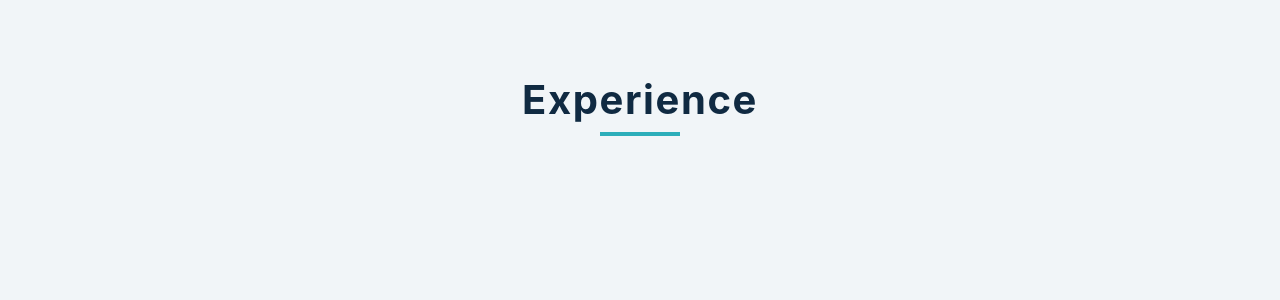
Repository: gligor99/tabs-ts-react
Page: /
These files come from the project's save history. The page is drawn as it stood at one moment and after the next save; the edit follows.
The browser window is 1280 px wide. The pictures show the whole page.
The page's requests for data from a server got no answer. The project was rebuilt for these pictures with package versions that can differ from the ones it lists, and the page was loaded fresh each time. No one was signed in, and anything a server would have sent is missing.

Above is the page before, as saved 2021-11-25 14:08:42.

### src/App.tsx
import { useEffect, useState } from "react";

const url = "https://course-api.com/react-tabs-project";

type DataProps = {
  company: string;
  dates: string;
  duties: [];
  title: string;
  id: string;
  order: number;
};

function App() {
  const [isLoading, setIsLoading] = useState(false);
  const [data, setData] = useState<DataProps[]>();
  const [value, setValue] = useState(0);

  const fetchData = async (url: string) => {
    setIsLoading(true);
    try {
      const response = await fetch(url);
      const data = await response.json();
      if (data) setData(data);
    } catch (error) {
      console.log(error);
    }
    setIsLoading(false);
  };

  useEffect(() => {
    fetchData(url);
  }, []);

  if (isLoading)
    return (
      <section className="section loading">
        <h1>Loading ...</h1>
      </section>
    );

  if (data) {
    let { company, dates, duties, title } = data[value];
    console.log(title, dates, company, duties);
  }

  return (
    <section className="section">
      <div className="title">
        <h2>Experience</h2>
        <div className="underline"></div>
      </div>
      <div className="jobs-center">
        <div className="btn-container">
          {data?.map((item, index) => {
            return (
              <button
                className="job-btn"
                key={item.id}
                onClick={() => setValue(index)}
              >
                {item.company}
              </button>
            );
          })}
        </div>
        <article className="job-info"></article>
      </div>
    </section>
  );
}

export default App;

Loaded but not shown: public/index.html (common file); src/index.tsx (common file); src/index.css (common file)

After the next save:
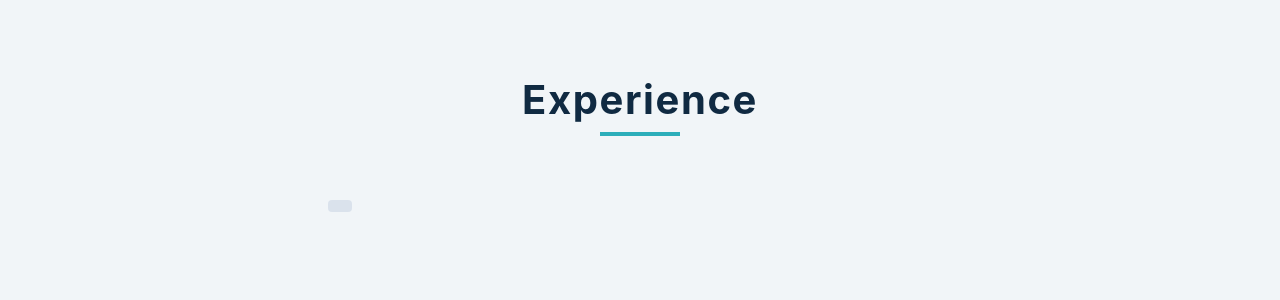
Saved 26 s later.
--- a/src/App.tsx
+++ b/src/App.tsx
@@ -40,7 +40,7 @@
     );
 
   if (data) {
-    let { company, dates, duties, title } = data[value];
+    const { company, dates, duties, title } = data[value];
     console.log(title, dates, company, duties);
   }
 
@@ -64,7 +64,9 @@
             );
           })}
         </div>
-        <article className="job-info"></article>
+        <article className="job-info">
+          <h4></h4>
+        </article>
       </div>
     </section>
   );

After the save that followed:
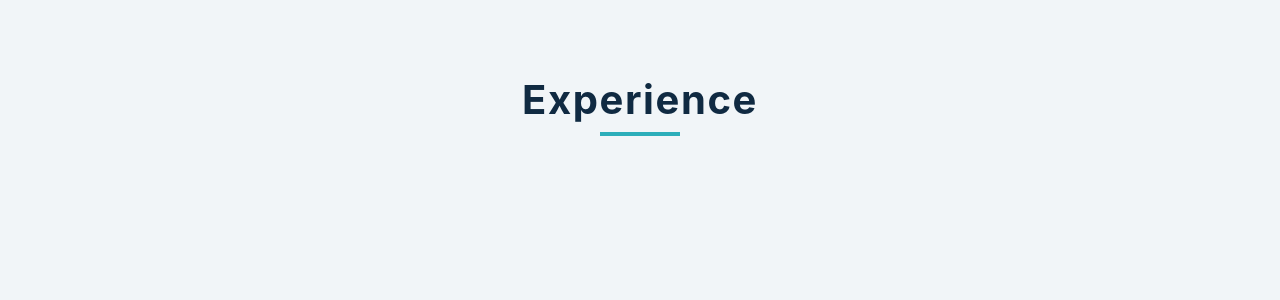
Saved 7 s later.
--- a/src/App.tsx
+++ b/src/App.tsx
@@ -65,7 +65,7 @@
           })}
         </div>
         <article className="job-info">
-          <h4></h4>
+
         </article>
       </div>
     </section>
